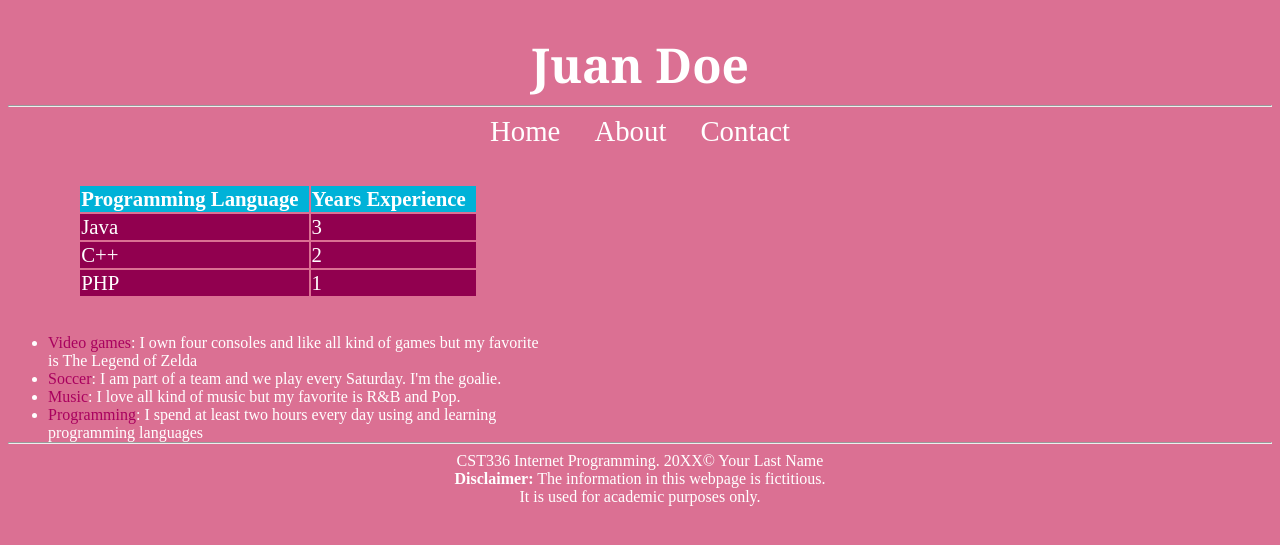
Repository: ctm93/Website1
Page: about.html
The author's editor kept a record of every edit. The page is drawn from the files as they stood at one moment, then again after the next edit.
The browser window is 1280 px wide. The pictures show the whole page.

Above is the page before.

After the next edit:
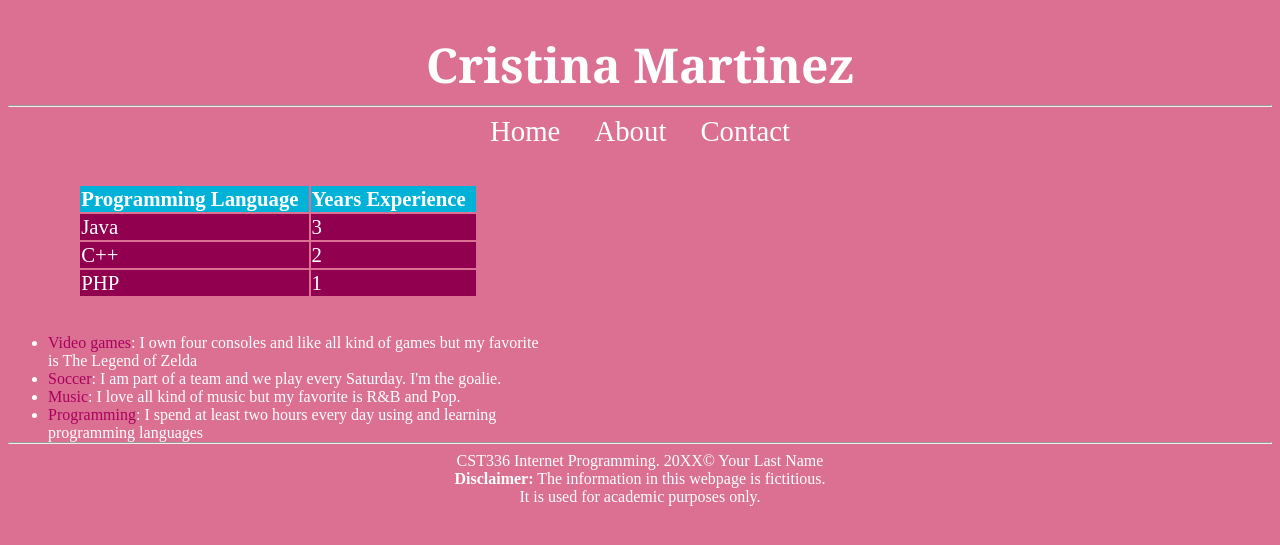
The edit:
--- a/about.html
+++ b/about.html
@@ -9,7 +9,7 @@
     </head>
     <body>
         <header>
-           <h1> Juan Doe </h1>
+           <h1> Cristina Martinez </h1>
         </header><hr />
         <nav>
             <a href="index.html">Home</a>
